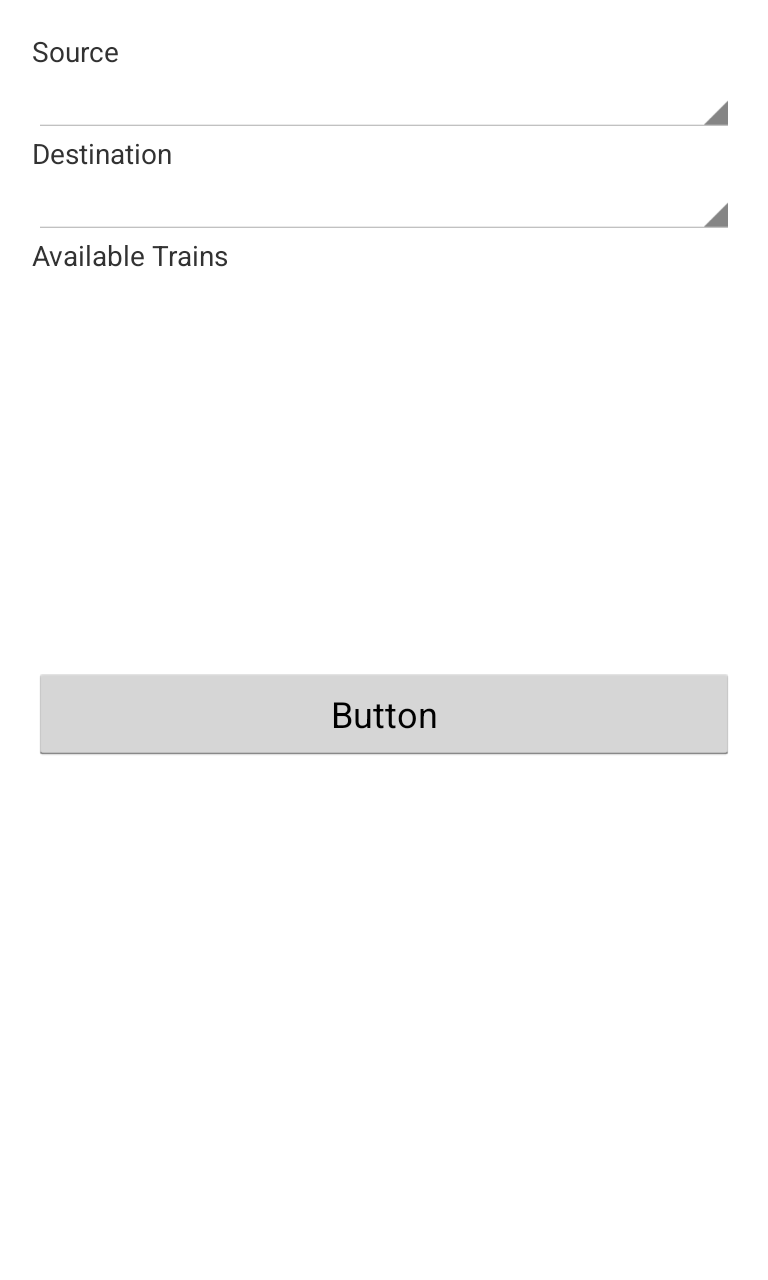
Repository: sunnypatel/Classwork
Layout: Senior Yr/Winter/cs275/assignment2/septa_assignment2/res/layout/activity_main.xml
The author's editor kept a copy of each file at every save. The layout is drawn from the files as they stood at one save, then again after the next save.
It is drawn on a 768 x 1280 px phone screen (xhdpi) without system bars, with theme AppTheme; the app's code is not run. Lists and similar views that code fills are empty.

Above is the layout before, as saved 2014-03-06 00:54:15.

### Senior Yr/Winter/cs275/assignment2/septa_assignment2/res/layout/activity_main.xml
<RelativeLayout xmlns:android="http://schemas.android.com/apk/res/android"
    xmlns:tools="http://schemas.android.com/tools"
    android:layout_width="match_parent"
    android:layout_height="match_parent"
    android:paddingBottom="@dimen/activity_vertical_margin"
    android:paddingLeft="@dimen/activity_horizontal_margin"
    android:paddingRight="@dimen/activity_horizontal_margin"
    android:paddingTop="@dimen/activity_vertical_margin"
    tools:context=".MainActivity" >

    <LinearLayout
        android:id="@+id/linearLayout1"
        android:layout_width="wrap_content"
        android:layout_height="wrap_content"
        android:layout_alignParentBottom="true"
        android:layout_alignParentLeft="true"
        android:layout_alignParentRight="true"
        android:layout_alignParentTop="true"
        android:orientation="vertical" >

        <TextView
            android:id="@+id/textView1"
            android:layout_width="wrap_content"
            android:layout_height="wrap_content"
            android:text="@string/source" />

        <Spinner
            android:id="@+id/source_station"
            android:layout_width="match_parent"
            android:layout_height="wrap_content" />

        <TextView
            android:id="@+id/textView2"
            android:layout_width="wrap_content"
            android:layout_height="wrap_content"
            android:text="@string/destination" />

        <Spinner
            android:id="@+id/destination_station"
            android:layout_width="match_parent"
            android:layout_height="wrap_content" />

        <LinearLayout
            android:layout_width="match_parent"
            android:layout_height="wrap_content" >

            <TextView
                android:id="@+id/available_trains_text"
                android:layout_width="wrap_content"
                android:layout_height="wrap_content"
                android:text="@string/availableTrains" />
        </LinearLayout>

        <ListView
            android:id="@+id/availableTrains_list"
            android:layout_width="match_parent"
            android:layout_height="196dp" >
        </ListView>

        <Button
            android:id="@+id/button1"
            android:layout_width="fill_parent"
            android:layout_height="wrap_content"
            android:text="Button" />

    </LinearLayout>

</RelativeLayout>

### Senior Yr/Winter/cs275/assignment2/septa_assignment2/res/values/strings.xml
<?xml version="1.0" encoding="utf-8"?>
<resources>

    <string name="app_name">septa_assignment2</string>
    <string name="action_settings">Settings</string>
    <string name="hello_world">Hello world!</string>
    <string name="source">Source</string>
    <string name="destination">Destination</string>
    <string name="availableTrains">Available Trains</string>
    <string name="title_activity_train_detail_info">TrainDetailInfo</string>

</resources>

Loaded but not shown: Senior Yr/Winter/cs275/assignment2/septa_assignment2/res/values/styles.xml (common file); Senior Yr/Winter/cs275/assignment2/septa_assignment2/res/values-v11/styles.xml (common file); Senior Yr/Winter/cs275/assignment2/septa_assignment2/res/values-v14/styles.xml (common file); Senior Yr/Winter/cs275/assignment2/septa_assignment2/res/values/dimens.xml (common file)

After the next save:
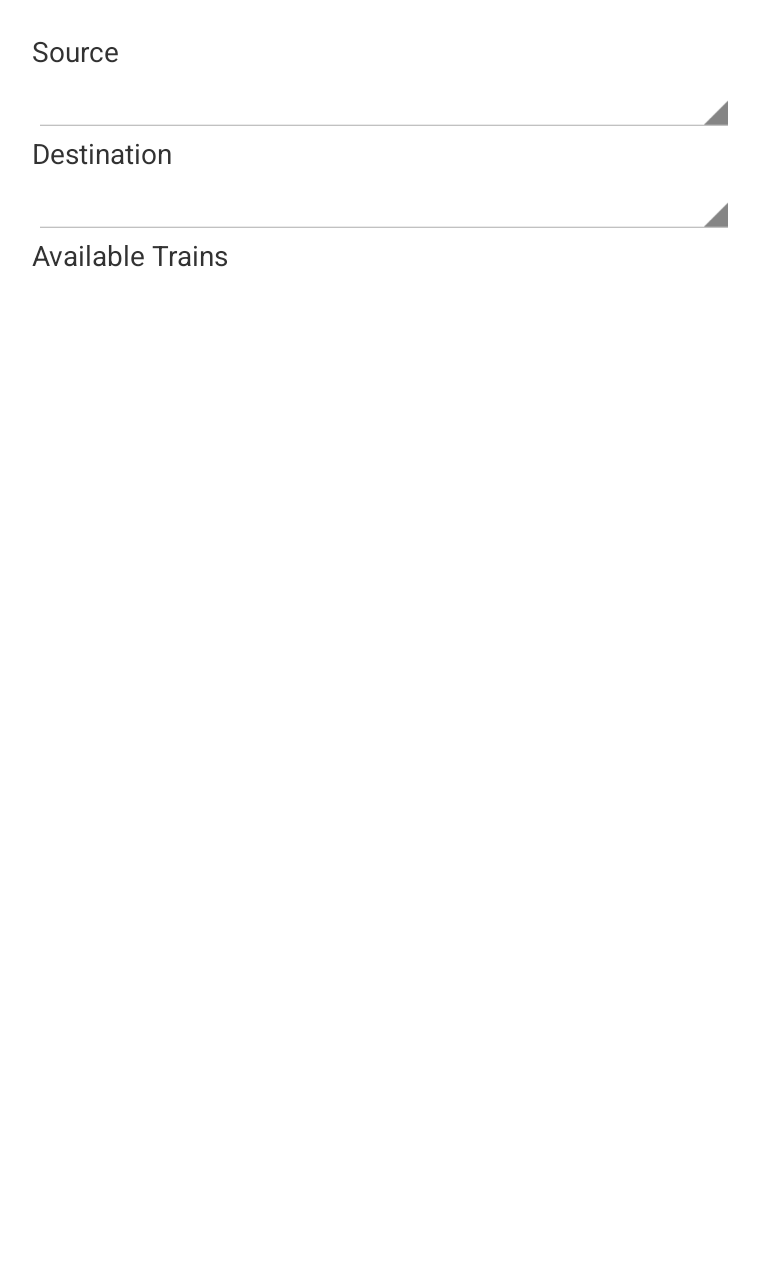
Saved 45 s later.
--- a/Senior Yr/Winter/cs275/assignment2/septa_assignment2/res/layout/activity_main.xml
+++ b/Senior Yr/Winter/cs275/assignment2/septa_assignment2/res/layout/activity_main.xml
@@ -54,7 +54,7 @@
         <ListView
             android:id="@+id/availableTrains_list"
             android:layout_width="match_parent"
-            android:layout_height="196dp" >
+            android:layout_height="fill_parent" >
         </ListView>
 
         <Button
